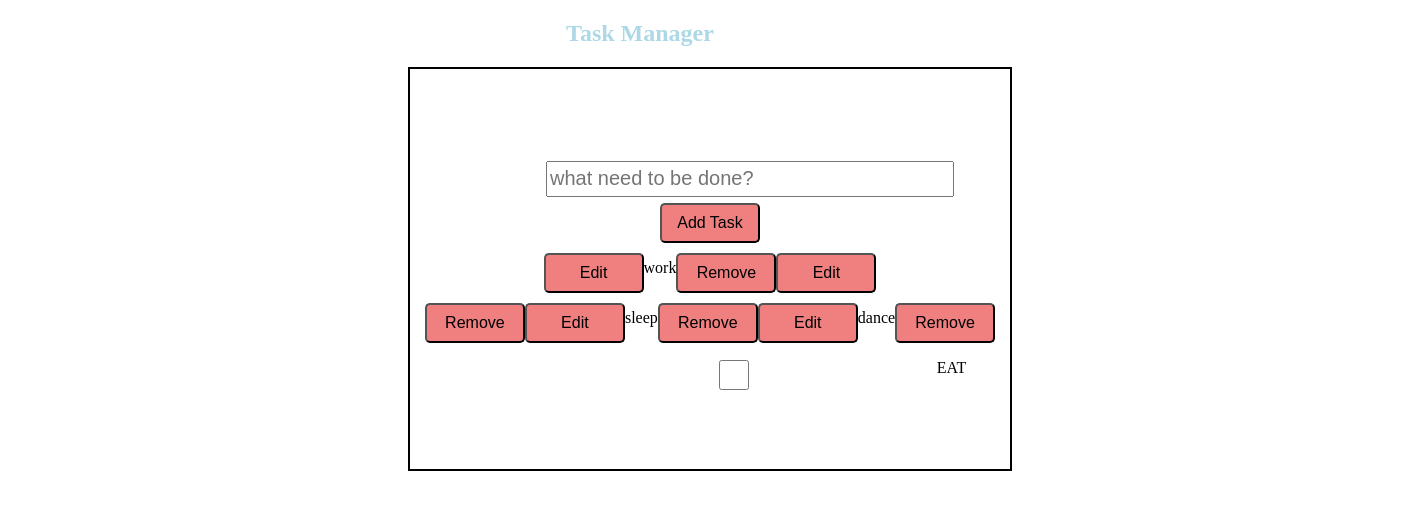
Repository: sristigupta04/basic-js-project
Page: todo app/title.html
These files come from the project's save history. The page is drawn as it stood at one moment and after the next save; the edit follows.
The browser window is 1280 px wide. The page is 1280 px wide, then 1418 px, so the pictures cover 1418 px, including what lies to the right of the window. The pictures show the whole page.

Above is the page before, as saved 2025-10-28 18:45:57.

After the next save:
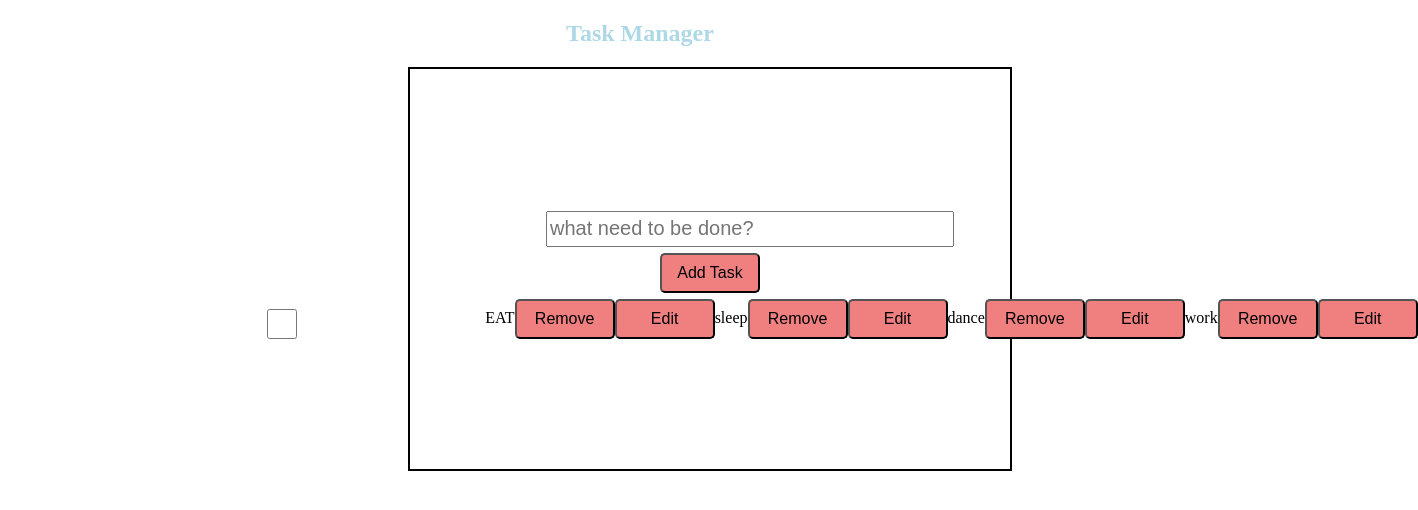
Saved 6 s later.
--- a/todo app/title.css
+++ b/todo app/title.css
@@ -45,5 +45,5 @@ display: flex;
 .row{
     display: flex;
     justify-content: center;
-    flex-wrap: wrap-reverse;
+    ;
 }
